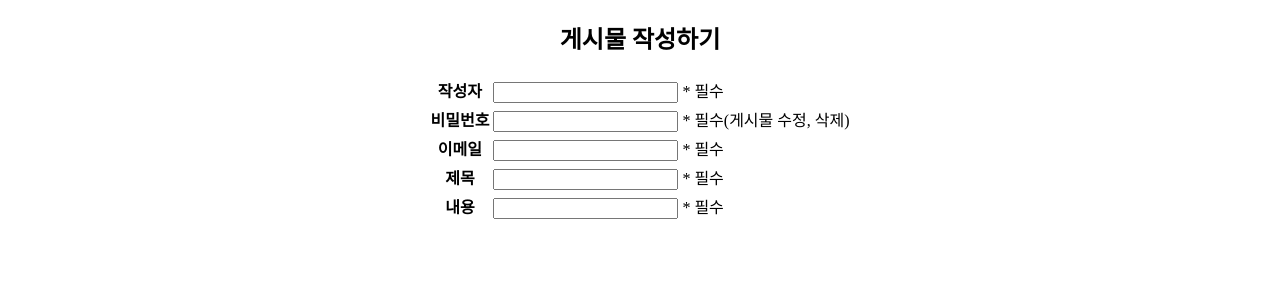
Repository: angwanghyeon/eclipse
Page: http://localhost/sec11/board/boardUpdate.jsp
These files come from the project's save history. The page is drawn as it stood at one moment and after the next save; the edit follows.
The browser window is 1280 px wide. The pictures show the whole page.
The page is served by Tomcat 9. Other server files are loaded and not shown.

Above is the page before, as saved 2023-09-06 01:30:50.

### sec11/src/main/webapp/board/boardUpdate.jsp
<%@ page language="java" contentType="text/html; charset=UTF-8"
	pageEncoding="UTF-8"%>
<!DOCTYPE html>
<html>
<head>
<meta charset="UTF-8">
<title>게시물 작성하기</title>
</head>
<body>
	<div id="wrap" align="center">
		<h2>게시물 작성하기</h2>
		<form action="BoardServlet" name="frm" method="post">
		<input type="hidden" name="command" value="board_write">
		 <table>
			 <tr>
				<th>작성자</th>
				<td><input type="text" name="name"> * 필수 </td>
			 </tr>
			 <tr>
				<th>비밀번호</th>
				<td><input type="password" name="pass"> * 필수(게시물 수정, 삭제)</td>
			 </tr>
			 <tr>
				<th>이메일</th>
				<td><input type="email" name="name"> * 필수 </td>
			 </tr>
			 <tr>
				<th>제목</th>
				<td><input type="text" name="name"> * 필수 </td>
			 </tr>
			 <tr>
				<th>내용</th>
				<td><input type="text" name="name"> * 필수 </td>
			 </tr>
		 </table>
		</form>
	</div>
</body>
</html>

After the next save:
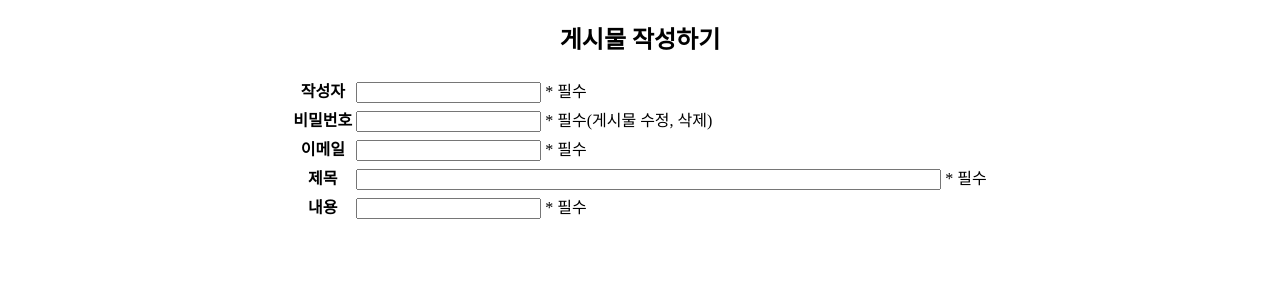
Saved 17 s later.
--- a/sec11/src/main/webapp/board/boardUpdate.jsp
+++ b/sec11/src/main/webapp/board/boardUpdate.jsp
@@ -22,11 +22,11 @@
 			 </tr>
 			 <tr>
 				<th>이메일</th>
-				<td><input type="email" name="name"> * 필수 </td>
+				<td><input type="email" name="email"> * 필수 </td>
 			 </tr>
 			 <tr>
 				<th>제목</th>
-				<td><input type="text" name="name"> * 필수 </td>
+				<td><input type="text" name="title" size="70"> * 필수 </td>
 			 </tr>
 			 <tr>
 				<th>내용</th>
